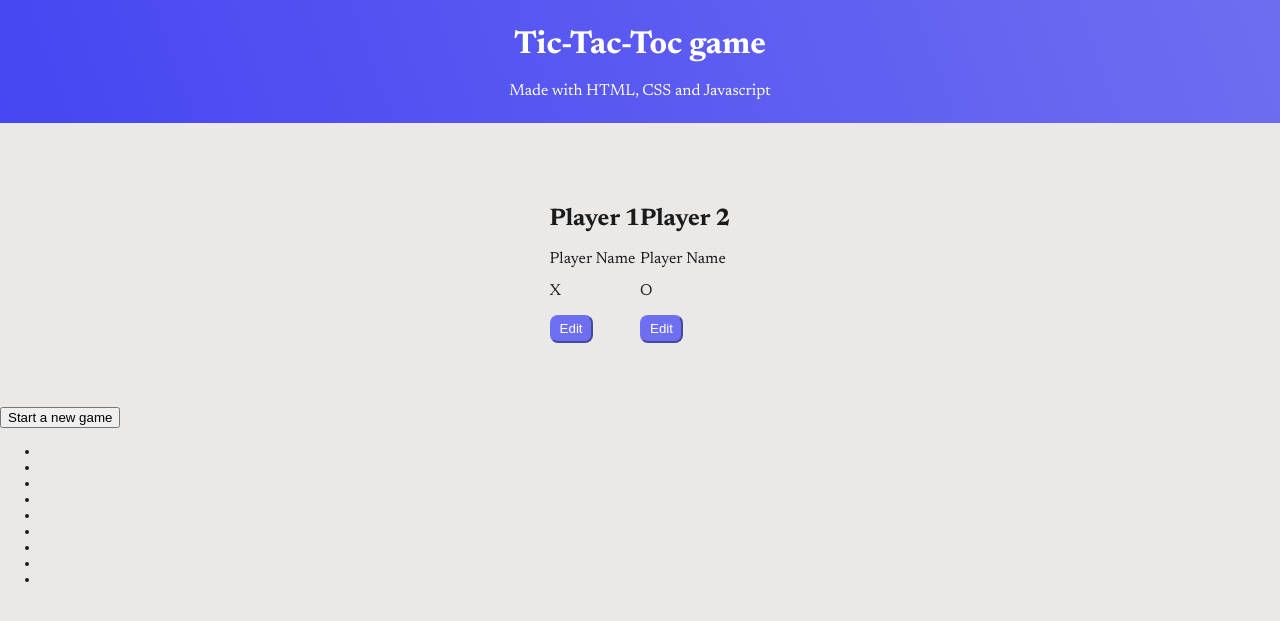
Repository: MicTomm/Tic-tac-toe-game
Page: index.html
The author's editor kept a copy of each file at every save. The page is drawn from the files as they stood at one save, then again after the next save.
The browser window is 1280 px wide. The pictures show the whole page.

Above is the page before, as saved 2023-06-23 12:16:42.
Not found: js-code

### index.html
<!DOCTYPE html>
<html lang="en">

<head>
    <meta charset="UTF-8">
    <meta name="viewport" content="width=device-width, initial-scale=1.0">
    <title>Tic-Tac-Toe</title>
    <link rel="preconnect" href="https://fonts.googleapis.com">
    <link rel="preconnect" href="https://fonts.gstatic.com" crossorigin>
    <link href="https://fonts.googleapis.com/css2?family=Newsreader:wght@400;700&display=swap" rel="stylesheet">
    <link href="/styles/styles.css" rel="stylesheet">
    <link href="/styles/overlay.css" rel="stylesheet">
    <link href="/styles/configuration.css" rel="stylesheet">
    <script src="js-code" defer></script>
</head>

<body>
    <div class="back-drop" id="back-drop"></div>
    <header id="main-header">
        <h1>Tic-Tac-Toc game</h1>
        <p>Made with HTML, CSS and Javascript</p>
    </header>
    <main>
        <aside id="aside-container">
            <header id="id=" aside-header>
                <h2>Chose your name</h2>
            </header>
            <form>
                <div id="aside-input-container">
                    <label for="choosing-player-name">Player name</label>
                    <input type="text" id="choosing-player-name">
                </div>
                <div id="aside-buttons-container">
                    <button type="button" class="btn alternative-btn" id="cancel-btn">
                        <a href="/">Cancel</a>
                    </button>
                    <button type="submit" class="btn">Confirm</button>
                </div>
            </form>
        </aside>
        <section id="game-configuration">
            <article>
                <div id="player1-container">
                    <h2>Player 1</h2>
                    <p>Player Name</p>
                    <p>X</p>
                    <button id="edit-p1-btn" class="btn">Edit</button>
                </div>
            </article>
            <article>
                <div id="player2-container">
                    <h2>Player 2</h2>
                    <p>Player Name</p>
                    <p>O</p>
                    <button id="edit-p2-btn" class="btn">
                        <a href="#aside-container">Edit</a>
                    </button>
                </div>
            </article>
        </section>
        <section id="game-execution">
            <button type="button">Start a new game</button>
            <ul>
                <li></li>
                <li></li>
                <li></li>

                <li></li>
                <li></li>
                <li></li>

                <li></li>
                <li></li>
                <li></li>
            </ul>
        </section>
    </main>

</body>

</html>

### styles/styles.css
body{
    margin: 0;
    background-color: rgb(235, 232, 232);
    font-family: 'Newsreader', serif;
    color: rgb(27, 27, 27);
}

a{
    text-decoration: none;
    color: white;
}

#cancel-btn a{
    color: rgb(27, 27, 27);
}

#main-header{
    background: linear-gradient(70deg, rgb(70, 70, 242), rgb(110, 110, 241));
    color: white;
    padding: 0.5rem 5%;
    text-align: center;
}

.btn{
    background-color: rgb(110, 110, 241);
    border-color: rgb(110, 112, 241);
    color: white;
    border-radius: 8px;
    padding: 0.3rem 0.5rem;
}

.alternative-btn{
    background-color: rgb(223, 223, 239);
    border-color: transparent;
    color: rgb(27, 27, 27);
    margin: 0.5rem;
}

.btn:hover{
    background-color:  rgb(127, 127, 233);
    box-shadow: 1px 1px 2px rgb(27, 27, 27);
}

.alternative-btn:hover{
    background-color: rgb(210, 210, 235);
    border-color: rgb(205, 205, 233);
}

aside h2,
aside label{
    color: rgb(110, 110, 241);
    text-shadow: .5px .5px 1px rgb(27, 27, 27, 0.5);
}

form label{
    display: block;
    margin-bottom: .5rem;
}

form input{
    padding: .3rem;
    border-color: transparent;
    border-radius: 8px;
    font-family: inherit;
}

form input:hover,
form input:focus {
    outline: rgb(110, 110, 241) auto 1px;
}

form #aside-buttons-container{
    display: flex;
    flex-flow: row;
    justify-content: center;
    align-items: center;
    margin: .5rem;
}

### styles/overlay.css
#aside-container {
    text-align: center;
    background-color: rgb(241, 245, 245);
    width: 90%;
    margin: 0rem auto;
    border-radius: .6rem;
    padding: .5rem 0rem;
    display: none;
    position: fixed;
    top: 25%;
    left: 5%;
}

#aside-container:target,
#back-drop:target {
    display: block;
}

.back-drop {
    background-color: rgb(168, 157, 157, 0.5);
    width: 100%;
    height: 100%;
    position: fixed;
    display: none;
}

aside h2,
aside label {
    color: rgb(110, 110, 241);
    text-shadow: .5px .5px 1px rgb(27, 27, 27, 0.5);
}

form label {
    display: block;
    margin-bottom: .5rem;
}

form input {
    padding: .3rem;
    border-color: transparent;
    border-radius: 8px;
    font-family: inherit;
    font-weight: 700;
    color: rgb(27, 27, 27, 0.7);
    text-align: center;
}

form input:hover,
form input:focus {
    outline: rgb(110, 110, 241) auto 1px;
}

form #aside-buttons-container {
    display: flex;
    flex-flow: row;
    justify-content: center;
    align-items: center;
    margin: .5rem;
}

@media (min-width: 48rem) {

    #aside-container {
        position: fixed;
        top: 25%;
        left: calc(50% - 20rem);
        width: 40rem;
    }

}

### styles/configuration.css
#game-configuration{
    width: 90%;
    margin: 5%;
    display: flex;
    flex-flow: row;
    justify-content: center;
}

After the next save:
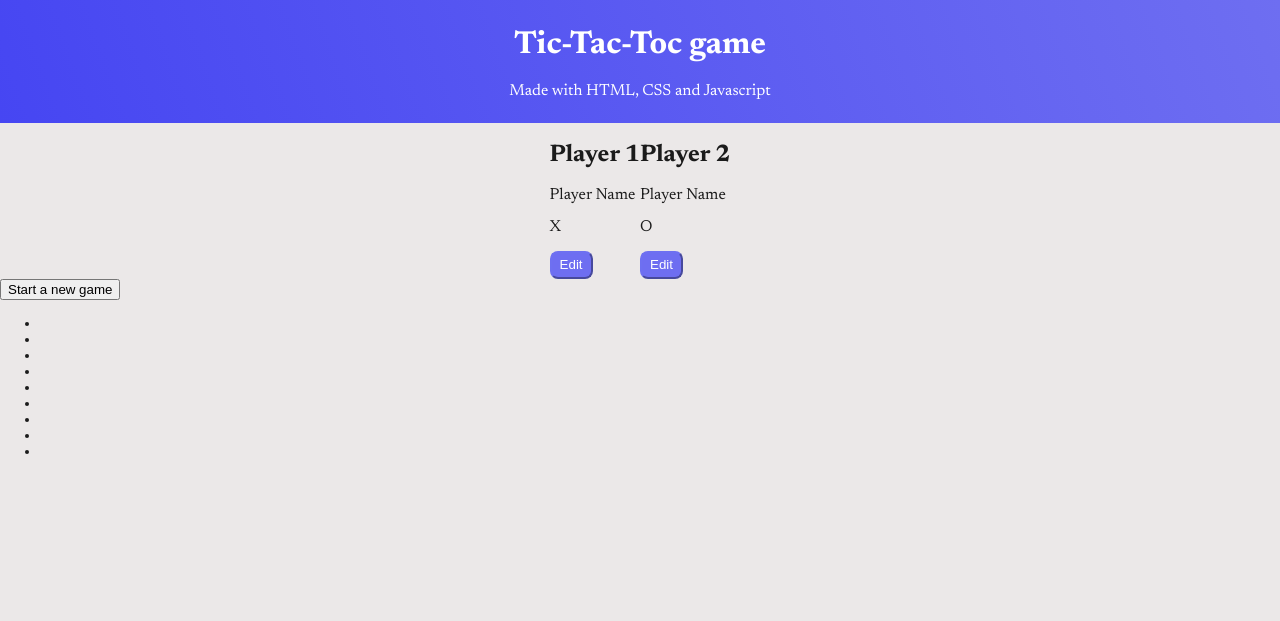
Saved 34 s later.
--- a/styles/configuration.css
+++ b/styles/configuration.css
@@ -1,6 +1,5 @@
 #game-configuration{
-    width: 90%;
-    margin: 5%;
+
     display: flex;
     flex-flow: row;
     justify-content: center;
